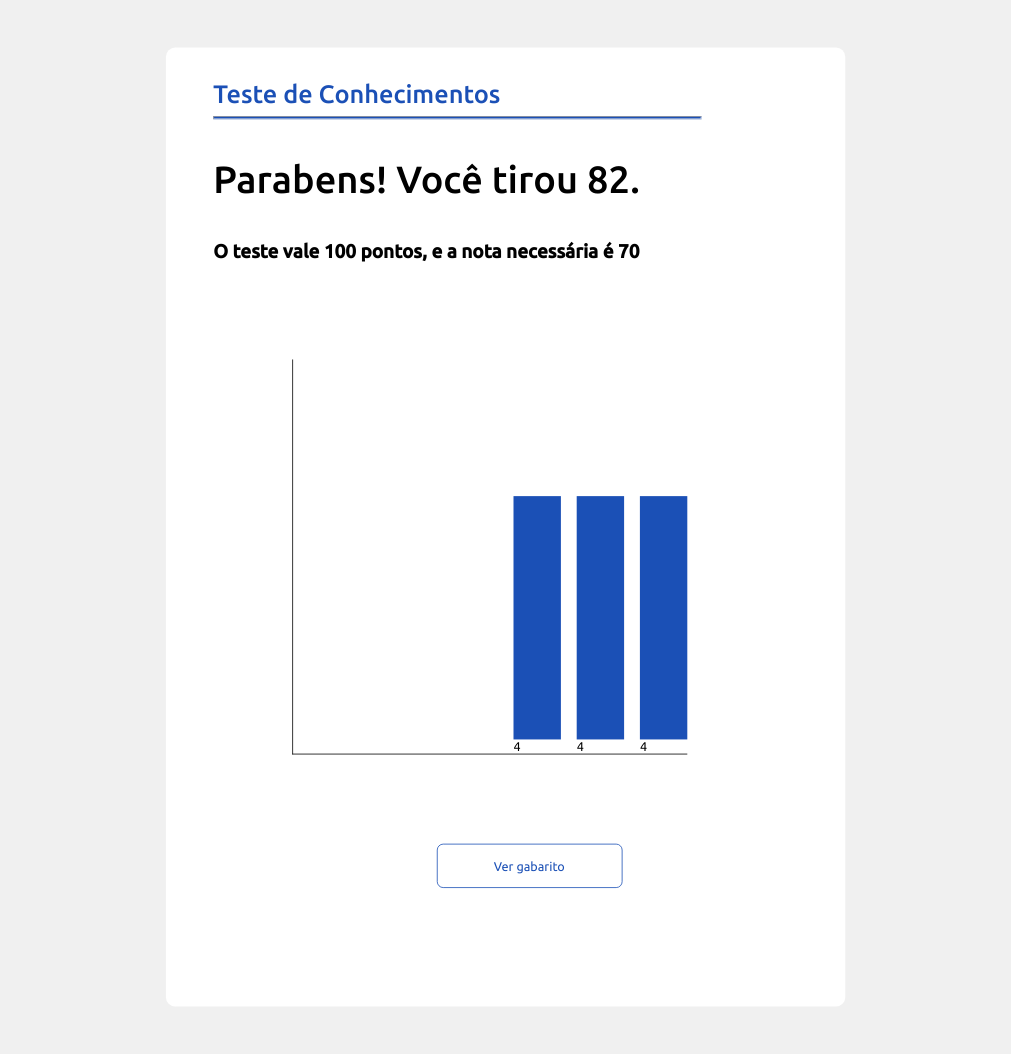
Repository: Delei09/desafioPerguntas
Page: /resultado (app in frontend/)
These files come from the project's save history. The page is drawn as it stood at one moment and after the next save; the edit follows.
The browser window is 1280 px wide. The pictures show the whole page, at 79% of full size.
The project was rebuilt for these pictures with package versions that can differ from the ones it lists, and the page was loaded fresh each time. A package was used in the major version that the imports need, not the one package.json lists. Also part of the build but not shown: frontend/src/styles/home.scss, frontend/src/page/Home.tsx, frontend/src/styles/gabarito.scss, frontend/src/page/Gabarito.tsx.

Above is the page before, as saved 2021-08-19 08:37:50.

After the next save:
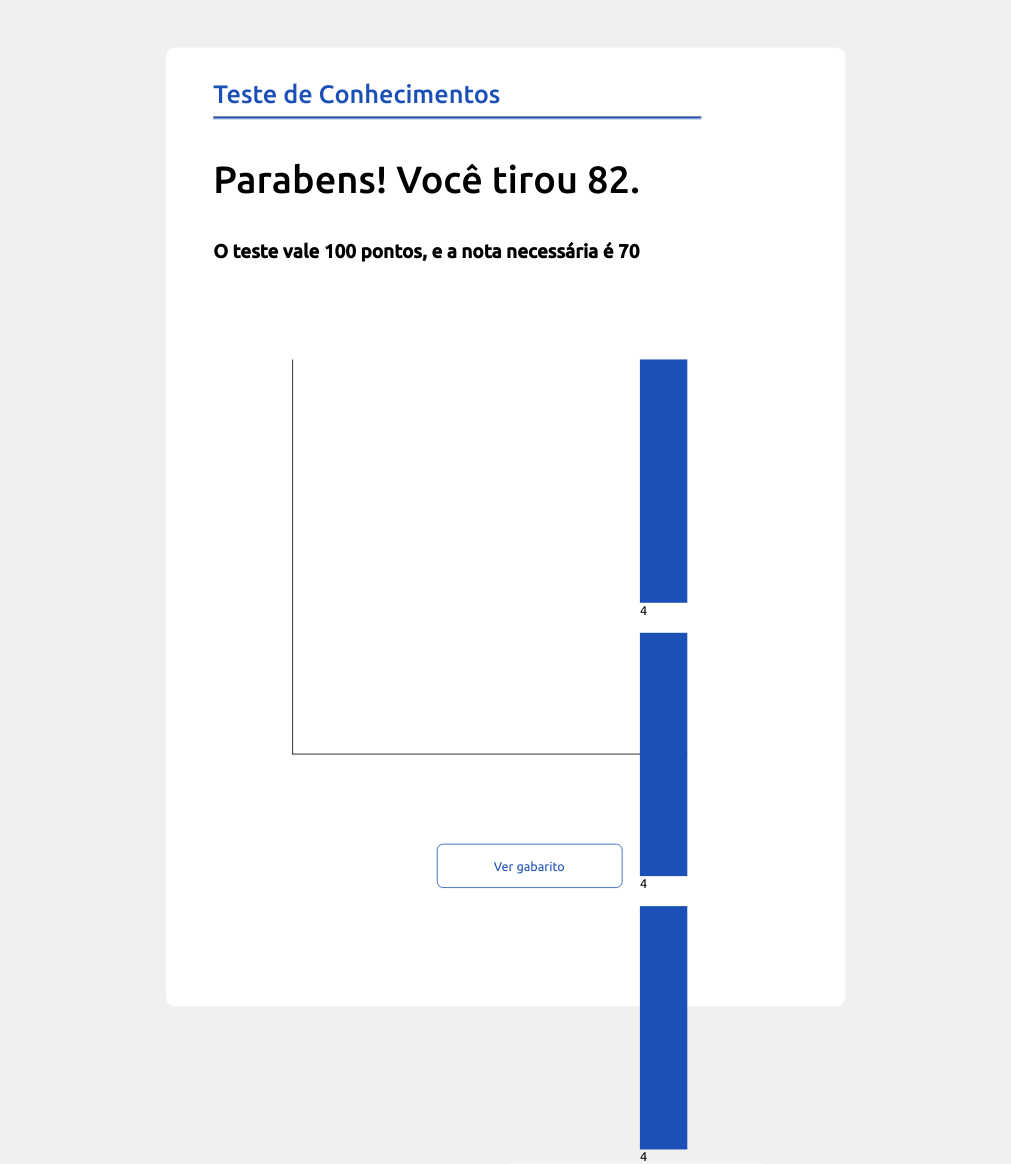
Saved 12 s later.
--- a/frontend/src/styles/resultado.scss
+++ b/frontend/src/styles/resultado.scss
@@ -13,7 +13,7 @@
  margin-bottom: 98px;
  display: flex;
  align-items: flex-end;
- flex-direction: row-reverse;
+ flex-direction:column;
  gap: 20px;
   .graficoMat{
     width: 60px;
